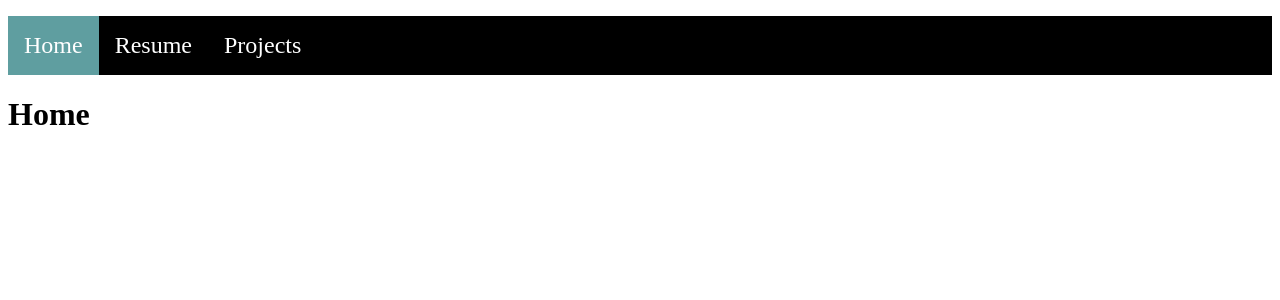
Repository: brody-toth/brody-toth.github.io
Page: home.html
The author's editor kept a record of every edit. The page is drawn from the files as they stood at one moment, then again after the next edit.
The browser window is 1280 px wide. The pictures show the whole page.

Above is the page before.

After the next edit:
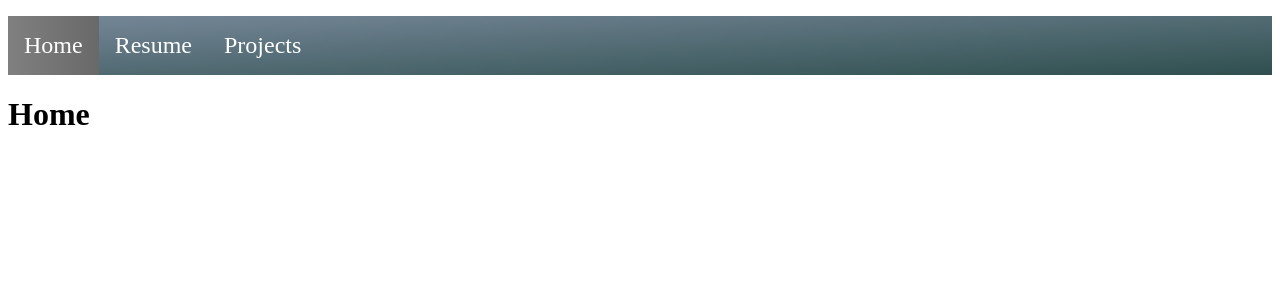
The edit:
--- a/home.html
+++ b/home.html
@@ -1,55 +1,10 @@
 <!DOCTYPE html>
 <html>
   <head>
-  <title>Home</title>
-  <style>
+    <title>Home</title>
+    <link rel="stylesheet" href="style.css" type="text/css">
+  </head>
 
-    .navbar{
-      list-style: none;
-      background-color: black;
-      overflow: hidden;
-      padding: 0;
-    }
-
-    .navbar a, .dropdown div{
-      text-decoration: none;
-      color: white;
-      font-size: 24px;
-      padding: 16px;
-      display: inline-block;
-    }
-    .navbar li{
-      float: left;
-    }
-
-    .navbar li:hover{
-      background-color: pink;
-    }
-
-    .dropdown-content{
-      list-style: none;
-      padding: 0;
-      display: none;
-      position: absolute;
-      z-index: 2;
-      background-color: black;
-    }
-
-    .dropdown-content li{
-      float:none;
-    }
-
-    .dropdown:hover .dropdown-content{
-      display: block;
-    }
-
-    .active{
-        background-color: cadetblue;
-    }
-
-  </style>
-
-  </head>
   <body>
     <ul class="navbar">
       <li class="active"><a href="index.html">Home</a></li>
